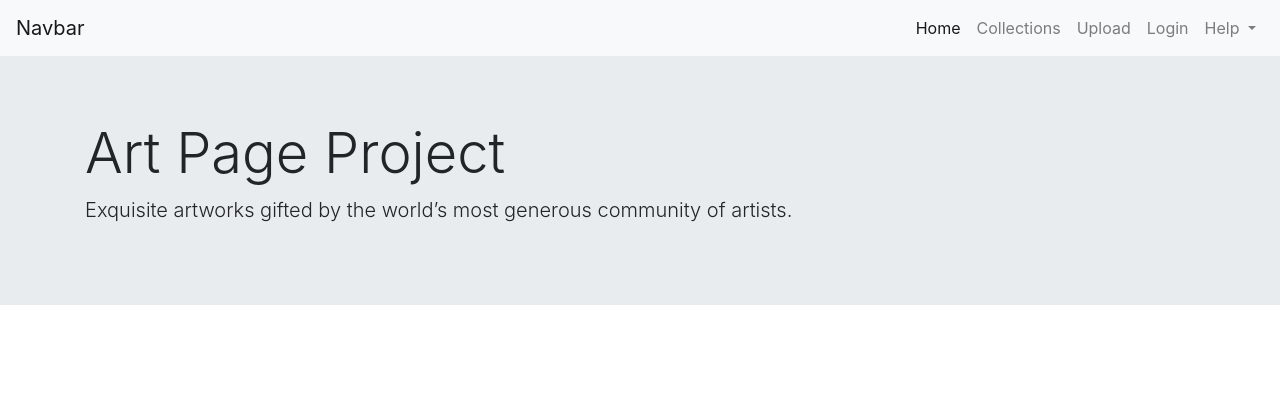
Repository: mtdagar/Art-Page-Project
Page: http://localhost/posts
The author's editor kept a record of every edit. The page is drawn from the files as they stood at one moment, then again after the next edit.
The browser window is 1280 px wide. The pictures show the whole page.
The page is served by the project's Node server (app.js). Queries for data that is not in the repository find no rows.

Above is the page before.

After the next edit:
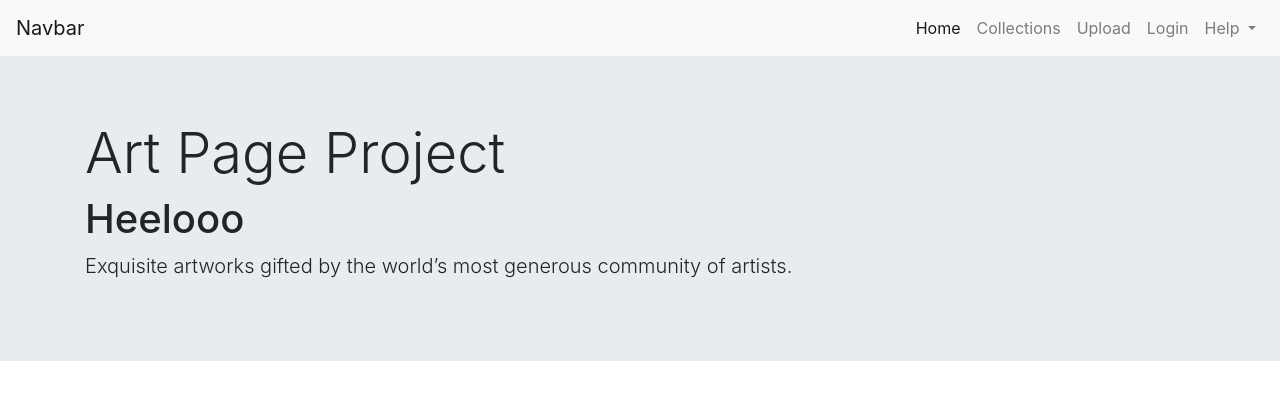
The edit:
--- a/views/index.ejs
+++ b/views/index.ejs
@@ -3,6 +3,7 @@
     <div class="jumbotron jumbotron-fluid">
       <div class="container">
         <h1 class="display-4">Art Page Project</h1>
+        <h1>Heelooo</h1>
         <p class="lead">Exquisite artworks gifted by the world’s most generous community of artists.</p>
       </div>
     </div>

After the 3 edits that followed:
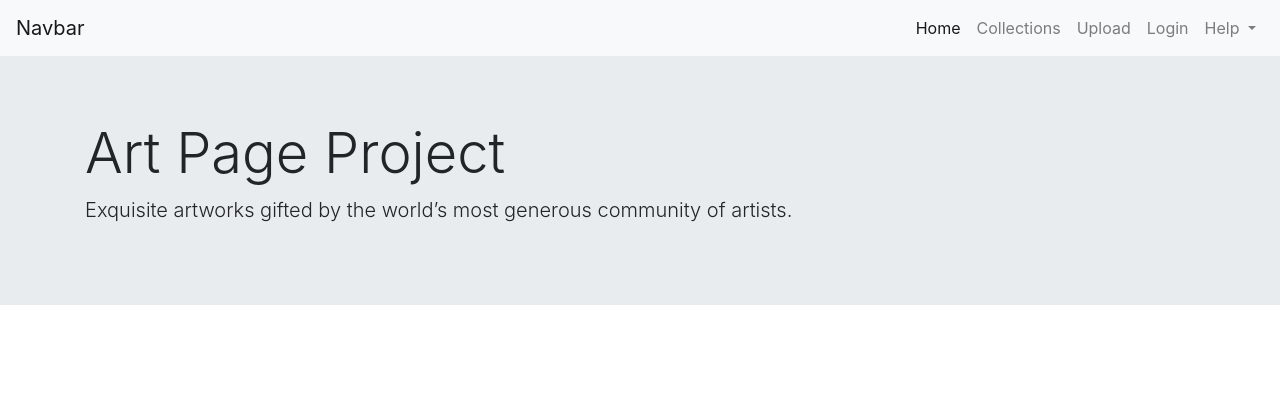
The 3 edits are shown as one change because 2 left the picture as it was.
The edit:
--- a/views/index.ejs
+++ b/views/index.ejs
@@ -3,16 +3,15 @@
     <div class="jumbotron jumbotron-fluid">
       <div class="container">
         <h1 class="display-4">Art Page Project</h1>
-        <h1>Heelooo</h1>
         <p class="lead">Exquisite artworks gifted by the world’s most generous community of artists.</p>
       </div>
     </div>
 
 
 <div class="container">
-    <div class="row top-buffer">
+    <div class="row">
         <% posts.forEach(function(post){ %>
-            <div class="col-md-4 col-sm-6">
+            <div class="col-md-4 col-sm-6 top-buffer">
                 <div class="img-thumbnail">
                     <img src="<%=post.image%>" class="img-fluid" >
                 </div>
